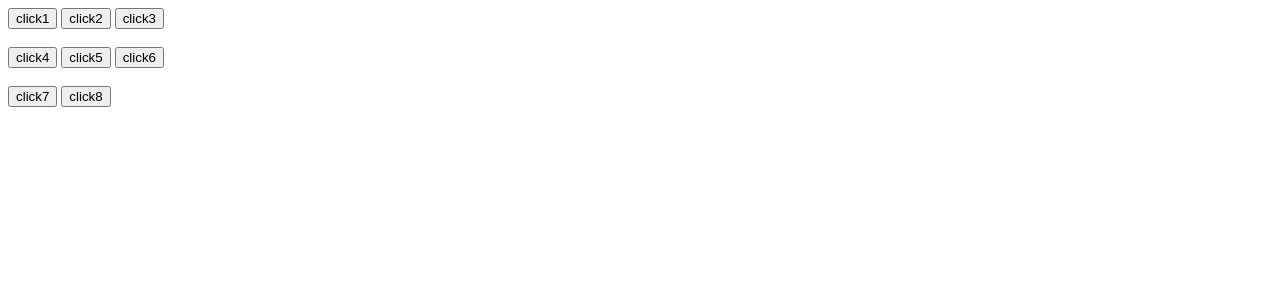
Repository: hong-bi/JsonStudy
Page: JsonApp01/WebContent/JsonTest10.html
An editor plug-in stored every save of this project. The page is shown before and after the next save, followed by the edit.
The browser window is 1280 px wide. The pictures show the whole page.

Above is the page before, as saved 2019-05-31 06:48:15.

### JsonApp01/WebContent/JsonTest10.html
<meta charset="UTF-8">
<script type="text/javascript">

	var obj6 =
	[
		"test"
	]

	var obj6_1 =
	[
		"test","test2"
	]

	var obj6_2 =
	[
		"test","test2",123, 123+1
	]


</script>

<form>

	<input type="button" value="click1" onclick="alert(obj6)">
	<input type="button" value="click2" onclick="alert(obj6_1)">
	<input type="button" value="click3" onclick="alert(obj6_2)">

	<br><br>

	<input type="button" value="click4" onclick="alert(typeof obj6)">
	<input type="button" value="click5" onclick="alert(typeof obj6_1)">
	<input type="button" value="click6" onclick="alert(typeof obj6_2)">
	<br><br>

	<input type="button" value="click7" onclick="alert(obj6[0])">

	<input type="button" value="click8" onclick="alert(typeof obj6[0])">

</form>

After the next save:
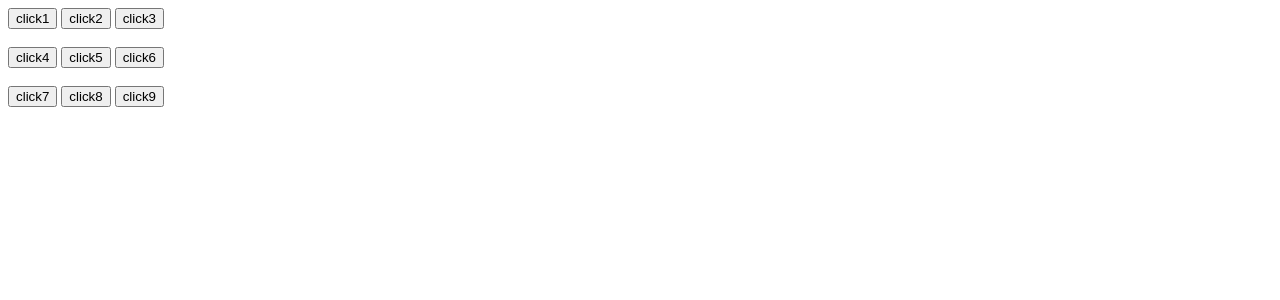
Saved 77 s later.
--- a/JsonApp01/WebContent/JsonTest10.html
+++ b/JsonApp01/WebContent/JsonTest10.html
@@ -36,4 +36,6 @@
 
 	<input type="button" value="click8" onclick="alert(typeof obj6[0])">
 
+	<input type="button" value="click9" onclick="alert(obj6[1])">
+
 </form>
